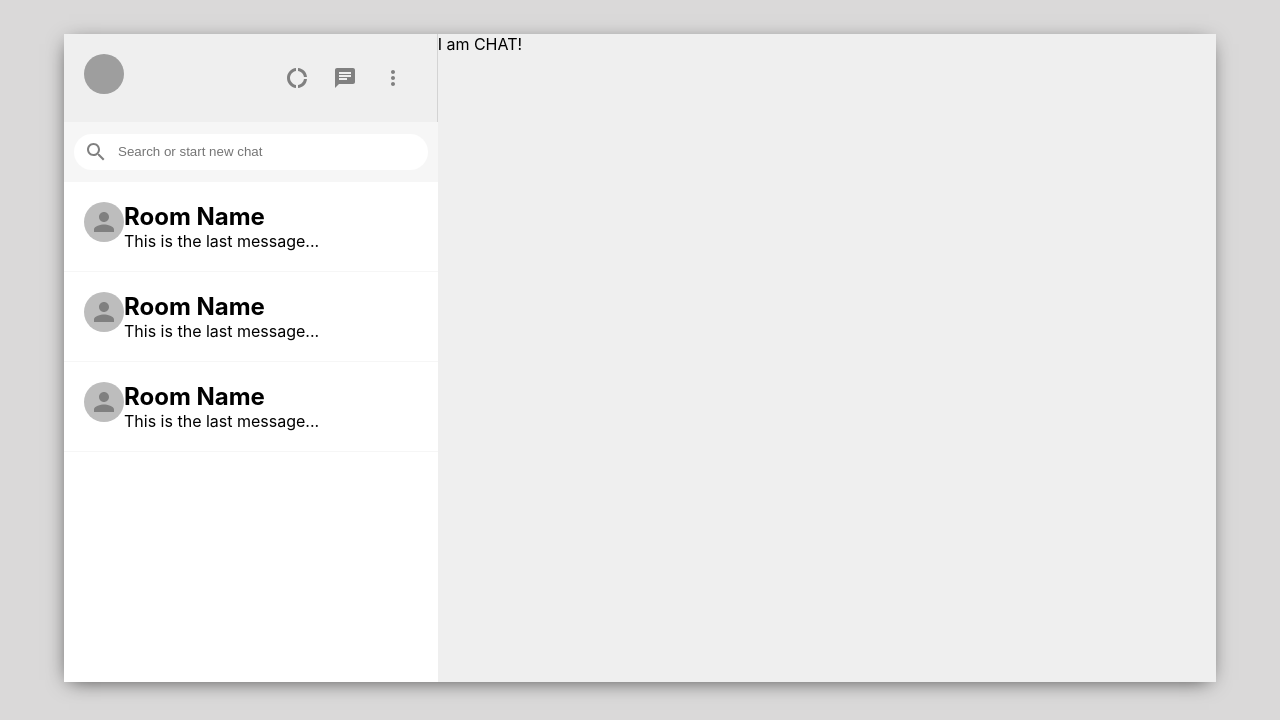
Repository: BogoGit/clone-whatsapp
Page: / (app in whatsapp-front/)
An editor plug-in stored every save of this project. The page is shown before and after the next save, followed by the edit.
The browser window is 1280 px wide. The pictures show the whole page.
Pictures or frames that could not be fetched are drawn as grey boxes. The project was rebuilt for these pictures with package versions that can differ from the ones it lists, and the page was loaded fresh each time.

Above is the page before, as saved 2020-11-18 20:55:03.

### whatsapp-front/src/index.js
import React from 'react'
import ReactDOM from 'react-dom'
import './index.css'
import App from './Components/App'

ReactDOM.render(
	<React.StrictMode>
		<App />
	</React.StrictMode>,
	document.getElementById('root')
)

### whatsapp-front/src/index.css
*,
*::before,
*::after {
	margin: 0;
	padding: 0;
	box-sizing: border-box;
}

html {
	font-size: 62.5%;
}

body {
	margin: 0;
	font-family: -apple-system, BlinkMacSystemFont, 'Segoe UI', 'Roboto', 'Oxygen',
		'Ubuntu', 'Cantarell', 'Fira Sans', 'Droid Sans', 'Helvetica Neue',
		sans-serif;
	font-size: 1.6rem;
	-webkit-font-smoothing: antialiased;
	-moz-osx-font-smoothing: grayscale;
}

code {
	font-family: source-code-pro, Menlo, Monaco, Consolas, 'Courier New',
		monospace;
}

### whatsapp-front/src/Components/App.js
import React from 'react'
import './App.css'
import Sidebar from './Sidebar'
import Chat from './Chat'

function App() {
	return (
		<div className='app'>
			<div className='app__body'>
				<Sidebar />
				<Chat />
			</div>
		</div>
	)
}

export default App

### whatsapp-front/src/Components/App.css
.app {
	display: grid;
	place-items: center;
	height: 100vh;
	background-color: #dad9d9;
}

.app__body {
	display: flex;
	background-color: #efefef;
	margin-top: -5px;
	height: 90vh;
	width: 90vw;
	box-shadow: -1px 4px 2rem -6px rgba(0, 0, 0, 0.75);
}

### whatsapp-front/src/Components/Sidebar.js
import React from 'react'
import './Sidebar.css'
import DonutLargeIcon from '@material-ui/icons/DonutLarge'
import ChatIcon from '@material-ui/icons/Chat'
import MoreVertIcon from '@material-ui/icons/MoreVert'
import { Avatar, IconButton } from '@material-ui/core'
import { SearchOutlined } from '@material-ui/icons'
import SidebarChat from './SidebarChat'

const Sidebar = () => {
	return (
		<div class='sidebar'>
			<div className='sidebar__header'>
				<Avatar src='https://media-exp1.licdn.com/dms/image/C4E03AQGGqZWpjHYUUg/profile-displayphoto-shrink_400_400/0?e=1611187200&v=beta&t=y6jr13vae_pl2v3V5tMdfqomm_dYtnKT4jKiYVt33hw' />
				<div className='sidebar__headerRight'>
					<IconButton>
						<DonutLargeIcon />
					</IconButton>
					<IconButton>
						<ChatIcon />
					</IconButton>
					<IconButton>
						<MoreVertIcon />
					</IconButton>
				</div>
			</div>

			<div className='sidebar__search'>
				<div className='sidebar__searchContainer'>
					<SearchOutlined />
					<input placeholder='Search or start new chat' type='text' />
				</div>
			</div>

			<div className='sidebar__chats'>
				<SidebarChat />
				<SidebarChat />
				<SidebarChat />
			</div>
		</div>
	)
}

export default Sidebar

### whatsapp-front/src/Components/Chat.js
import React from 'react'

const Chat = () => {
	return <div class='chat'>I am CHAT!</div>
}

export default Chat

### whatsapp-front/src/Components/Sidebar.css
.sidebar {
	display: flex;
	flex-direction: column;
	flex: 0.35;
}

.sidebar__header {
	display: flex;
	justify-content: space-between;
	padding: 2rem;
	border-right: solid 1px lightgray;
}

.sidebar__headerRight {
	display: flex;
	align-items: center;
	justify-content: space-between;
	min-width: 10vw;
}

.MuiSvgIcon-root {
	font-size: 2.4rem !important;
	color: gray;
}

.sidebar__search {
	display: flex;
	align-items: center;
	background-color: #f6f6f6;
	height: 4rem;
	padding: 3rem 1rem;
}

.sidebar__searchContainer {
	display: flex;
	align-items: center;
	background-color: #fff;
	width: 100%;
	height: 3.6rem;
	border-radius: 2rem;
	padding: 1rem;
}

.sidebar__searchContainer > input {
	border: none;
	outline: none;
	margin-left: 1rem;
}

.sidebar__chats {
	flex: 1;
	background-color: #fff;
	overflow: scroll;
}

### whatsapp-front/src/Components/SidebarChat.js
import React from 'react'
import './SidebarChat.css'
import { Avatar } from '@material-ui/core'

const SidebarChat = () => {
	return (
		<div class='sidebarChat'>
			<Avatar />
			<div className='sidebarChat__info'>
				<h2>Room Name</h2>
				<p>This is the last message...</p>
			</div>
		</div>
	)
}

export default SidebarChat

### whatsapp-front/src/Components/SidebarChat.css
.sidebarChat {
	display: flex;
	padding: 2rem;
	cursor: pointer;
	border-bottom: 1px solid #f6f6f6;
}

.sidebarChat:hover {
	background-color: #efefef;
}

Loaded but not shown: whatsapp-front/public/index.html (common file)

After the next save:
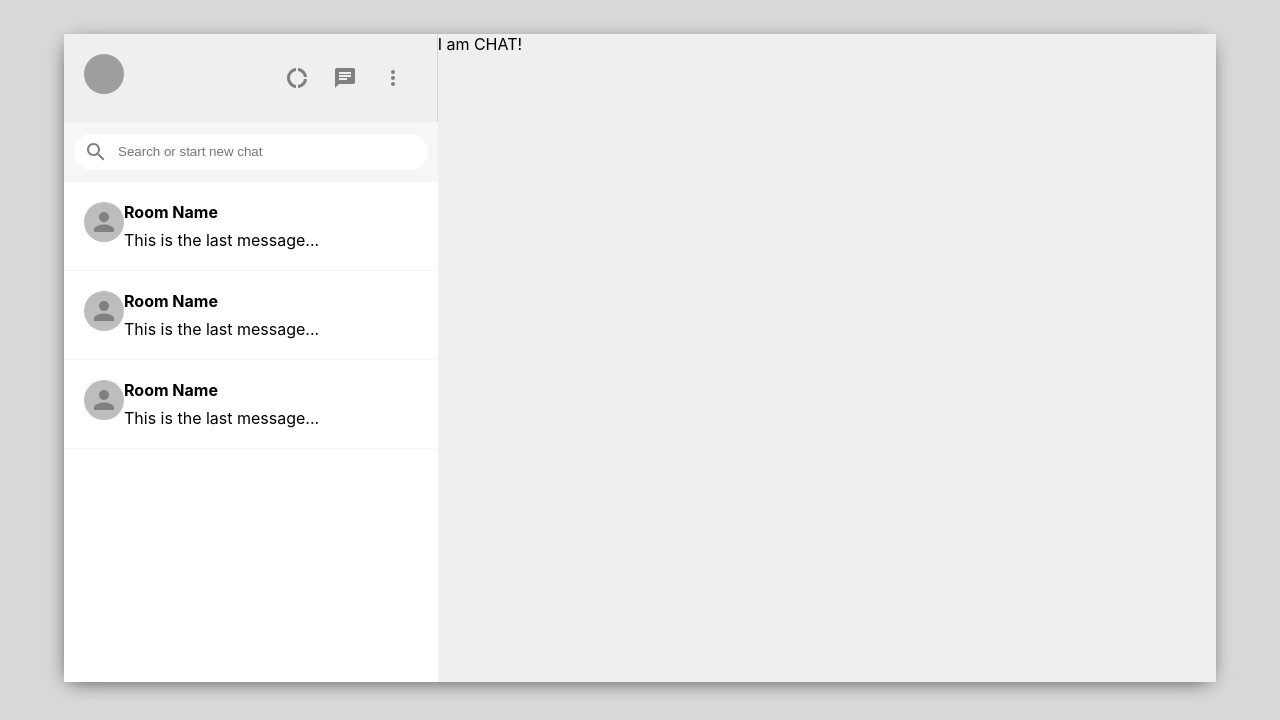
Saved 59 s later.
--- a/whatsapp-front/src/Components/SidebarChat.css
+++ b/whatsapp-front/src/Components/SidebarChat.css
@@ -8,3 +8,8 @@
 .sidebarChat:hover {
 	background-color: #efefef;
 }
+
+.sidebarChat__info > h2 {
+	font-size: 1.6rem;
+	margin-bottom: 0.8rem;
+}
